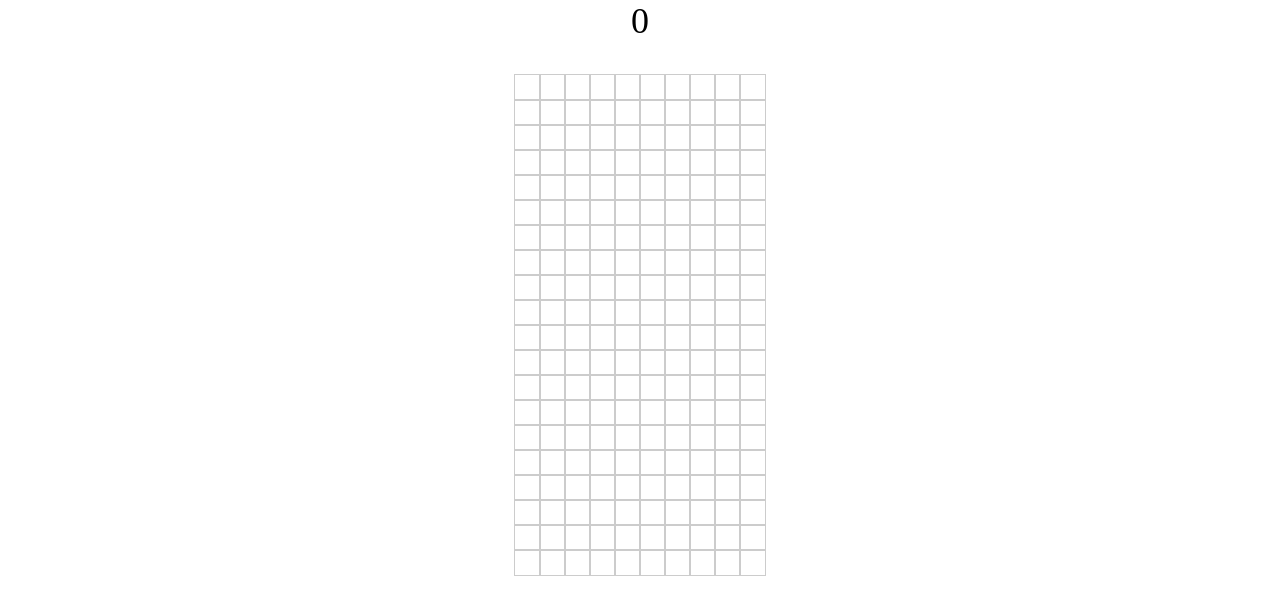
Repository: chlwpdnswku/tetris
Page: index.html
These files come from the project's save history. The page is drawn as it stood at one moment and after the next save; the edit follows.
The browser window is 1280 px wide. The pictures show the whole page.

Above is the page before, as saved 2022-12-12 02:13:28.
Console error: ReferenceError: childNodes is not defined

After the next save:
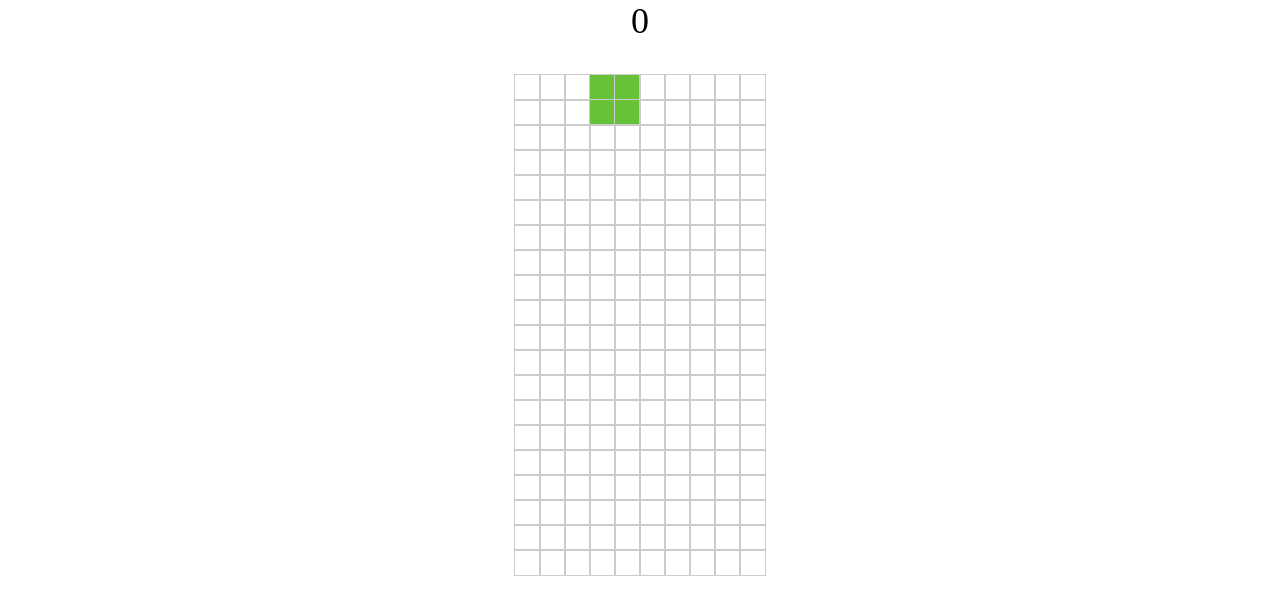
The error is gone.
Saved 53 s later.
--- a/script.js
+++ b/script.js
@@ -85,7 +85,7 @@ function renderBlocks() {
     // ul안에 chileNodes ->이 렇게 가는거임 0번은 li임
     // target은 tree 클래스 부여 즉 tree를  class를 줘서 css 를 변경?
     const target = playground.childNodes[y]
-      ? childNodes[0].childNodes[x]
+      ? playground.childNodes[y].childNodes[0].childNodes[x]
       : null;
 
     const isAvailable = checkEmpty(target);
